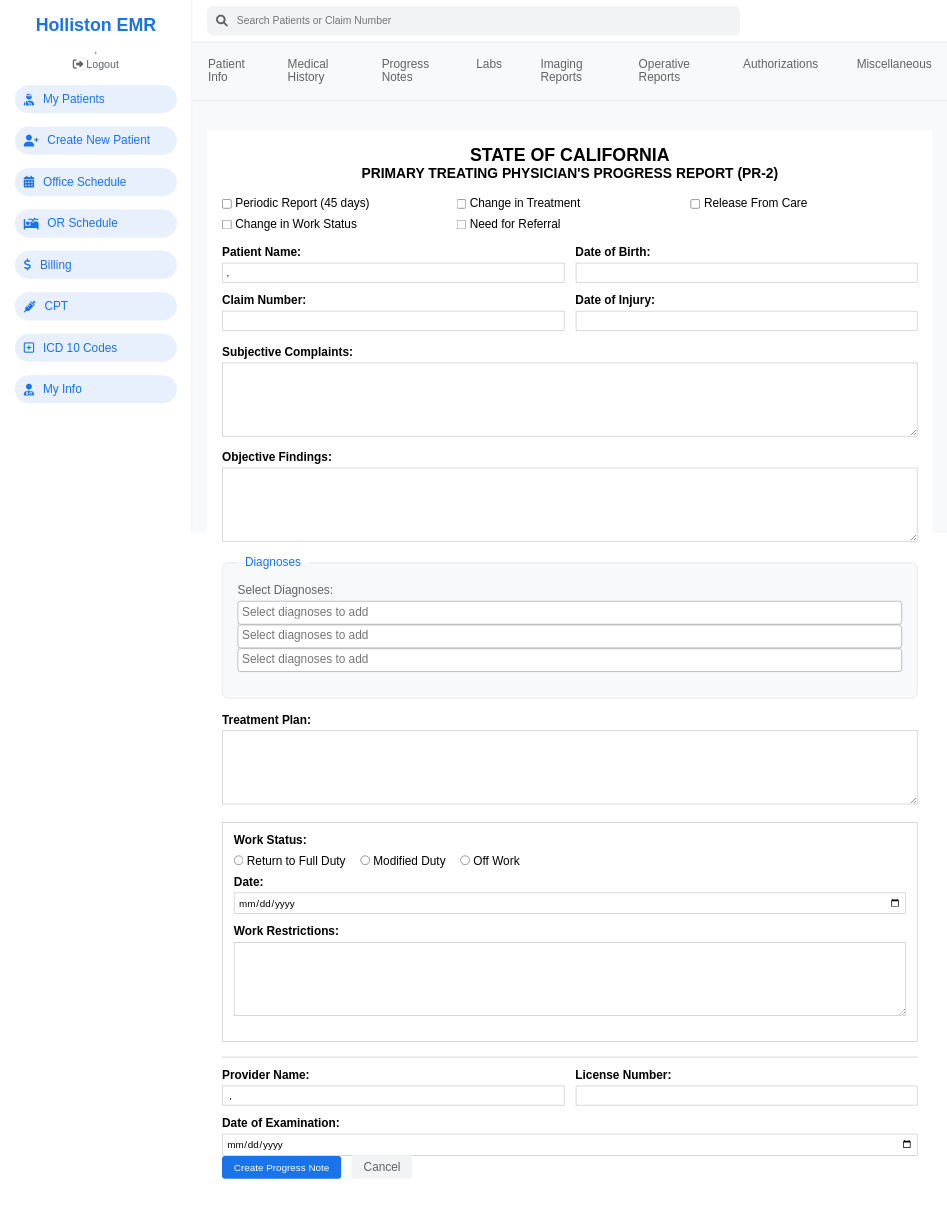
Repository: DavidG626/Flask-Project
Page: templates/create_progress_note.html
The author's editor kept a copy of each file at every save. The page is drawn from the files as they stood at one save, then again after the next save.
The browser window is 1280 px wide. The pictures show the whole page, at 74% of full size.
Some web libraries are served in a nearby version. The template is drawn by Flask 3. The application's start-up code is not run. Other server files are loaded and not shown. The template is opened directly, without the code that normally fills it, so the values that code supplies are empty.

Above is the page before, as saved 2025-02-10 13:00:38.

### templates/create_progress_note.html
<!DOCTYPE html>
<html lang="en">
<head>
   <meta charset="UTF-8">
   <meta name="viewport" content="width=device-width, initial-scale=1.0">
   <title>Create Progress Note</title>
   <link rel="stylesheet" type="text/css" href="/static/dashboard.css">
   <link rel="stylesheet" type="text/css" href="/static/patient_info.css">
   <link rel="stylesheet" type="text/css" href="/static/pr2.css">
   <link href="https://cdn.jsdelivr.net/npm/select2@4.1.0-rc.0/dist/css/select2.min.css" rel="stylesheet" />
   <script src="https://cdn.jsdelivr.net/npm/jquery@3.6.0/dist/jquery.min.js"></script>
   <script src="https://cdn.jsdelivr.net/npm/select2@4.1.0-rc.0/dist/js/select2.min.js"></script>
   <link href="https://cdnjs.cloudflare.com/ajax/libs/font-awesome/6.0.0/css/all.min.css" rel="stylesheet">
</head>
<body>
   <div class="container">
       <!-- Sidebar -->
       <aside class="sidebar">
           <div class="logo">Holliston EMR</div>
           <div class="logged-user">
               {{ current_user.first_name }} {{ current_user.last_name }}, {{ current_user.medical_title }}
               <a href="{{ url_for('dashboard.logout') }}" class="logout-link">
                   <i class="fas fa-sign-out-alt"></i> Logout
               </a>
           </div>
           <nav>
               <ul>
                   <li class="active">
                       <a href="{{ url_for('dashboard.my_patients') }}">
                           <i class="fas fa-user-injured"></i>My Patients
                       </a>
                   </li>
               </ul>
               <br>
               <ul>
                   <li class="active">
                       <a href="{{ url_for('dashboard.create_patient') }}">
                           <i class="fas fa-user-plus"></i>Create New Patient
                       </a>
                   </li>
               </ul>
               <br>
               <ul>
                   <li class="active"><a href=""><i class="fas fa-calendar-alt"></i>Office Schedule</a></li>
               </ul>
               <br>
               <ul>
                   <li class="active"><a href=""><i class="fas fa-procedures"></i>OR Schedule</a></li>
               </ul>
               <br>
               <ul>
                   <li class="active"><a href=""><i class="fas fa-dollar-sign"></i>Billing</a></li>
               </ul>
               <br>
               <ul>
                   <li class="active">
                       <a href="{{ url_for('cpt.cpt_codes') }}">
                           <i class="fas fa-syringe"></i>CPT
                       </a>
                   </li>
               </ul>
               <br>
               <ul>
                   <li class="active">
                       <a href="{{ url_for('icd10.icd10_codes') }}">
                           <i class="far fa-plus-square"></i>ICD 10 Codes
                       </a>
                   </li>
               </ul>
               <br>
               <ul>
                   <li class="active">
                       <a href="{{ url_for('dashboard.my_info') }}">
                           <i class="fas fa-user-md"></i>My Info
                       </a>
                   </li>
               </ul>
           </nav>
       </aside>

       <!-- Main Content -->
       <main>
           <header>
               <div class="search-bar">
                   <i class="fas fa-search"></i>
                   <form action="{{ url_for('dashboard.my_patients') }}" method="get">
                       <input type="text" name="search" placeholder="Search Patients or Claim Number">
                   </form>
               </div>
           </header>

           <!-- Patient Tabs -->
           <div class="patient-tabs">
                <a href="{{ url_for('dashboard.patient_detail', patient_id=patient.id) }}" class="tab">Patient Info</a>
                <a href="{{ url_for('dashboard.patient_medical_history', patient_id=patient.id) }}" class="tab">Medical History</a>
                <a href="{{ url_for('pr2.progress_notes', patient_id=patient.id) }}" class="tab active">Progress Notes</a>
                <a href="{{ url_for('labs.patient_labs', patient_id=patient.id) }}" class="tab">Labs</a>
                <a href="{{ url_for('imaging.patient_imaging', patient_id=patient.id) }}" class="tab">Imaging Reports</a>
                <a href="{{ url_for('operative.patient_operative_reports', patient_id=patient.id) }}" class="tab">Operative Reports</a>
                <a href="{{ url_for('auth.patient_authorizations', patient_id=patient.id) }}" class="tab">Authorizations</a>
                <a href="{{ url_for('misc.patient_misc', patient_id=patient.id) }}" class="tab">Miscellaneous</a>
            </div>

           <div class="content">
            <div class="pr2-form">
                <div class="pr2-header">
                    <h2>STATE OF CALIFORNIA</h2>
                    <h3>PRIMARY TREATING PHYSICIAN'S PROGRESS REPORT (PR-2)</h3>
                </div>

                <form method="POST">
                    <!-- Report Type Section -->
                    <div class="checkbox-grid">
                        <div class="checkbox-item">
                            <input type="checkbox" name="is_periodic_report" id="periodic">
                            <label for="periodic">Periodic Report (45 days)</label>
                        </div>
                        <div class="checkbox-item">
                            <input type="checkbox" name="is_change_in_treatment" id="treatment">
                            <label for="treatment">Change in Treatment</label>
                        </div>
                        <div class="checkbox-item">
                            <input type="checkbox" name="is_release_from_care" id="release">
                            <label for="release">Release From Care</label>
                        </div>
                        <div class="checkbox-item">
                            <input type="checkbox" name="is_change_in_work_status" id="work">
                            <label for="work">Change in Work Status</label>
                        </div>
                        <div class="checkbox-item">
                            <input type="checkbox" name="is_need_for_referral" id="referral">
                            <label for="referral">Need for Referral</label>
                        </div>
                    </div>

                    <!-- Patient Information Section -->
                    <div class="patient-info-grid">
                        <div class="form-field">
                            <label>Patient Name:</label>
                            <input type="text" value="{{ patient.patient_last_name }}, {{ patient.patient_first_name }}" readonly>
                        </div>
                        <div class="form-field">
                            <label>Date of Birth:</label>
                            <input type="text" value="{{ patient.patient_date_of_birth.strftime('%m/%d/%Y') }}" readonly>
                        </div>
                        <div class="form-field">
                            <label>Claim Number:</label>
                            <input type="text" value="{{ patient.patient_claim_number }}" readonly>
                        </div>
                        <div class="form-field">
                            <label>Date of Injury:</label>
                            <input type="text" value="{{ patient.patient_date_of_injury.strftime('%m/%d/%Y') }}" readonly>
                        </div>
                    </div>

                    <!-- Subjective Section -->
                    <div class="text-area-field">
                        <label>Subjective Complaints:</label>
                        <textarea name="subjective_complaints" required></textarea>
                    </div>

                    <!-- Objective Section -->
                    <div class="text-area-field">
                        <label>Objective Findings:</label>
                        <textarea name="objective_findings" required></textarea>
                    </div>



                    <!-- Diagnosis -->
                    <fieldset>
                        <legend>Diagnoses</legend>
                        <div class="form-group">
                            <label>Select Diagnoses:</label>
                            <select name="diagnoses" multiple class="form-select">
                                <option value="">Select a diagnosis</option>
                                {% for code in icd10_codes %}
                                    <option value="{{ code.id }}">{{ code.description }} ({{ code.code }})</option>
                                {% endfor %}
                            </select>

                            <select name="diagnoses" multiple class="form-select">
                                <option value="">Select a diagnosis</option>
                                {% for code in icd10_codes %}
                                    <option value="{{ code.id }}">{{ code.description }} ({{ code.code }})</option>
                                {% endfor %}
                            </select>

                            <select name="diagnoses" multiple class="form-select">
                                <option value="">Select a diagnosis</option>
                                {% for code in icd10_codes %}
                                    <option value="{{ code.id }}">{{ code.description }} ({{ code.code }})</option>
                                {% endfor %}
                            </select>
                        </div>
                    </fieldset>



                    <!-- Treatment Plan Section -->
                    <div class="text-area-field">
                        <label>Treatment Plan:</label>
                        <textarea name="treatment_plan" required></textarea>
                    </div>

                    <!-- Work Status Section -->
                    <div class="work-status-section">
                        <h4>Work Status:</h4>
                        <div class="work-status-options">
                            <div class="radio-item">
                                <input type="radio" name="work_status" value="full_duty" id="full_duty">
                                <label for="full_duty">Return to Full Duty</label>
                            </div>
                            <div class="radio-item">
                                <input type="radio" name="work_status" value="modified" id="modified">
                                <label for="modified">Modified Duty</label>
                            </div>
                            <div class="radio-item">
                                <input type="radio" name="work_status" value="off_work" id="off_work">
                                <label for="off_work">Off Work</label>
                            </div>
                        </div>
                        <div class="form-field">
                            <label>Date:</label>
                            <input type="date" name="work_status_date">
                        </div>
                        <div class="text-area-field" id="work-restrictions">
                            <label>Work Restrictions:</label>
                            <textarea name="work_restrictions"></textarea>
                        </div>
                    </div>

                    <!-- Provider Information Section -->
                    <div class="provider-section">
                        <div class="form-row">
                            <div class="form-field">
                                <label>Provider Name:</label>
                                <input type="text" value="{{ current_user.first_name }} {{ current_user.last_name }}, {{ current_user.medical_title }}" readonly>
                            </div>
                            <div class="form-field">
                                <label>License Number:</label>
                                <input type="text" value="{{ current_user.medical_license }}" readonly>
                            </div>
                        </div>
                        <div class="form-field">
                            <label>Date of Examination:</label>
                            <input type="date" name="date_of_exam" required>
                        </div>
                    </div>

                    <div class="form-buttons">
                        <button type="submit" class="save-btn">Create Progress Note</button>
                        <a href="{{ url_for('pr2.progress_notes', patient_id=patient.id) }}" class="cancel-btn">Cancel</a>
                    </div>
                </form>
            </div>
        </div>
        <script>
            $(document).ready(function() {
                $('.form-select').select2({
                    placeholder: 'Select diagnoses to add',
                    allowClear: true,
                    width: '100%'
                });
            });
            </script>

       </main>
       </body>

### static/patient_info.css
.registration-container {
    background: white;
    border-radius: 8px;
    padding: 20px;
    margin: 20px;
    box-shadow: 0 2px 4px rgba(0,0,0,0.1);
}

.registration-container h2 {
    color: #5f6368;
    margin-bottom: 20px;
    font-size: 1.5rem;
}

fieldset {
    border: 1px solid #e1e4e8;
    border-radius: 8px;
    padding: 20px;
    margin-bottom: 20px;
    background: #f8f9fa;
}

legend {
    color: #1a73e8;
    font-weight: 500;
    padding: 0 10px;
}

.form-group {
    margin-bottom: 15px;
}

.form-group label {
    display: block;
    margin-bottom: 5px;
    color: #5f6368;
    font-weight: 500;
}

.form-input {
    width: 100%;
    padding: 8px 12px;
    border: 1px solid #e1e4e8;
    border-radius: 4px;
    font-size: 14px;
    background: white;
}

/* Date fields styling */
.date-group {
    display: flex;
    gap: 10px;
}

.date-group .form-input {
    width: 33%;
    text-align: center;
}

/* Button styling */
.buttons {
    margin-top: 20px;
    display: flex;
    gap: 10px;
}

.save-btn {
    background: #1a73e8;
    color: white;
    padding: 8px 16px;
    border: none;
    border-radius: 4px;
    cursor: pointer;
    font-weight: 500;
    text-decoration: none;
}

.save-btn:hover {
    background: #1557b0;
}

.cancel-btn {
    background: #f1f3f4;
    color: #5f6368;
    padding: 8px 16px;
    border: none;
    border-radius: 4px;
    text-decoration: none;
    font-weight: 500;
}

.cancel-btn:hover {
    background: #e3e6e8;
}
/* Patient tabs styling */
.patient-tabs {
    display: flex;
    gap: 10px;
    padding: 10px 0;
    border-bottom: 1px solid #e1e4e8;
}

.patient-tabs .tab {
    padding: 10px 20px;
    background: #f8f9fa;
    color: #5f6368;
    text-decoration: none;
    border-radius: 4px 4px 0 0;
    cursor: pointer;
    border: 1px solid transparent;
}

.patient-tabs .tab:hover {
    color: #1a73e8;
}

.patient-tabs .tab:active,
.patient-tabs .tab:focus {
    background: white;
    border-color: #e1e4e8;
    color: #1a73e8;
    margin-bottom: -1px;
}

.pmh-tabs .tab-pane {
    display: none;
    padding: 20px;
    background: #ffffff;
}

/* Responsive adjustments */
@media (max-width: 1600px) {
    html {
        font-size: 16px;
    }
}

@media (max-width: 1200px) {
    html {
        font-size: 16px;
    }
}

@media (max-width: 992px) {
    html {
        font-size: 14px;
    }
}

@media (max-width: 768px) {
    html {
        font-size: 12px;
    }
}

@media (max-width: 600px) {
    html {
        font-size: 10px;
    }
}

### static/pr2.css
/* static/pr2.css */



.pr2-form {
    max-width: 1000px;
    margin: 20px auto;
    padding: 20px;
    background: white;
}

.pr2-header {
    text-align: center;
    margin-bottom: 20px;
}

.pr2-title {
    font-size: 18px;
    font-weight: bold;
    text-align: center;
    margin: 10px 0;
}

.checkbox-grid {
    display: grid;
    grid-template-columns: repeat(3, 1fr);
    gap: 10px;
    margin: 15px 0;
}

.checkbox-item {
    display: flex;
    align-items: center;
    gap: 5px;
}

.patient-info-grid {
    display: grid;
    grid-template-columns: repeat(2, 1fr);
    gap: 15px;
    margin: 20px 0;
}

.form-row {
    display: flex;
    gap: 15px;
    margin-bottom: 15px;
}

.form-field {
    flex: 1;
}

.form-field label {
    display: block;
    font-weight: bold;
    margin-bottom: 5px;
}

.form-field input {
    width: 100%;
    padding: 5px;
    border: 1px solid #ccc;
}

.text-area-field {
    margin: 15px 0;
}

.text-area-field label {
    display: block;
    font-weight: bold;
    margin-bottom: 5px;
}

.text-area-field textarea {
    width: 100%;
    min-height: 100px;
    padding: 10px;
    border: 1px solid #ccc;
}

.diagnoses-grid {
    display: grid;
    grid-template-columns: repeat(2, 1fr);
    gap: 15px;
    margin: 15px 0;
}

.diagnosis-row {
    display: flex;
    gap: 10px;
}

.work-status-section {
    margin: 20px 0;
    padding: 15px;
    border: 1px solid #ccc;
}

.work-status-options {
    display: flex;
    gap: 20px;
    margin: 10px 0;
}

.provider-section {
    margin-top: 20px;
    border-top: 1px solid #ccc;
    padding-top: 15px;
}

/* Print styles */
@media print {
    .pr2-form {
        margin: 0;
        padding: 0;
    }

    .sidebar, .patient-tabs, .buttons {
        display: none;
    }
}

/* Responsive adjustments */
@media (max-width: 1600px) {
    html {
        font-size: 16px;
    }
}

@media (max-width: 1200px) {
    html {
        font-size: 16px;
    }
}

@media (max-width: 992px) {
    html {
        font-size: 14px;
    }
}

@media (max-width: 768px) {
    html {
        font-size: 12px;
    }
}

@media (max-width: 600px) {
    html {
        font-size: 10px;
    }
}

Loaded but not shown: static/dashboard.css (408 lines, source omitted)

After the next save:
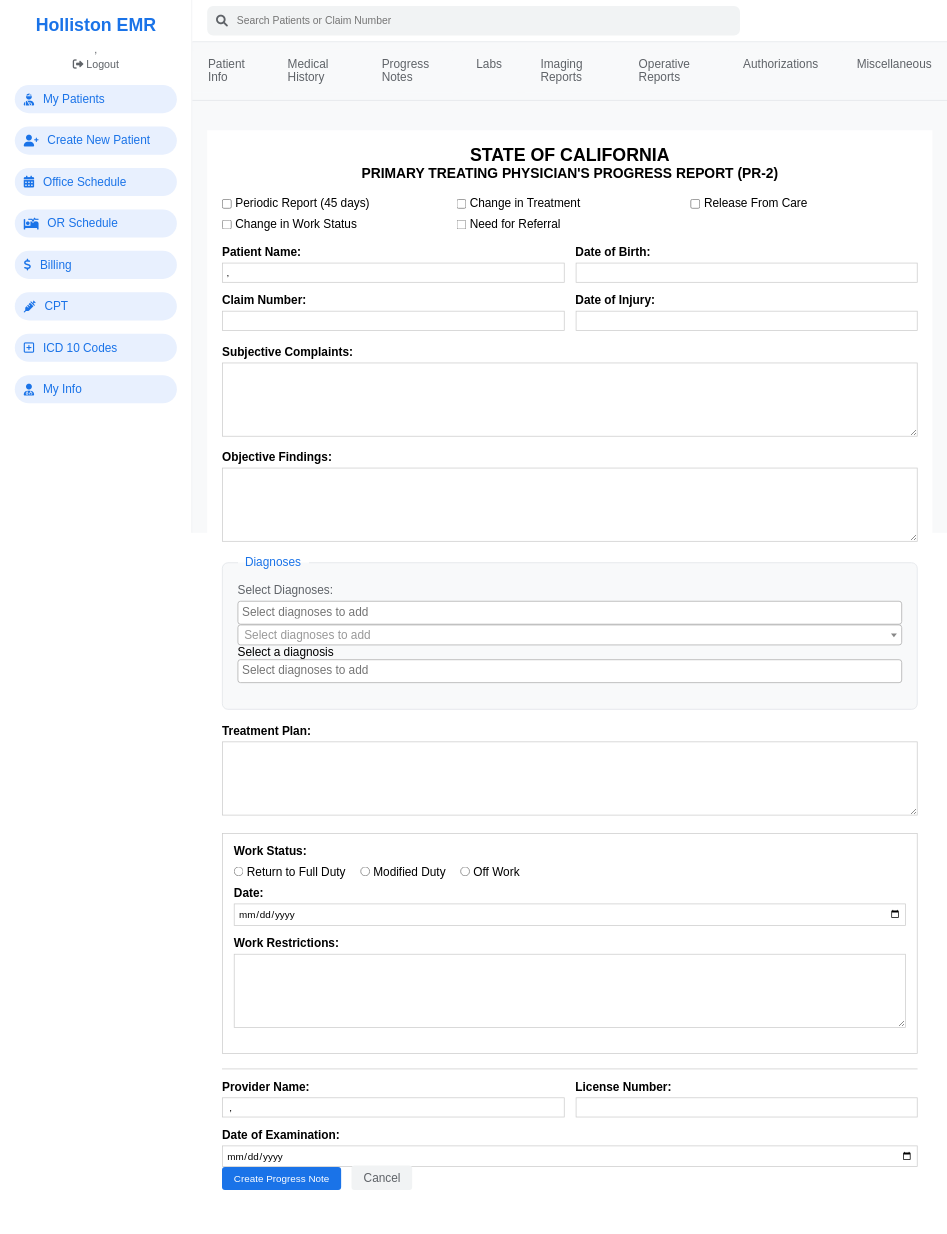
Saved 9 s later.
--- a/templates/create_progress_note.html
+++ b/templates/create_progress_note.html
@@ -177,7 +177,7 @@
                                 {% for code in icd10_codes %}
                                     <option value="{{ code.id }}">{{ code.description }} ({{ code.code }})</option>
                                 {% endfor %}
-                            </select>
+                            </select><br
 
                             <select name="diagnoses" multiple class="form-select">
                                 <option value="">Select a diagnosis</option>

After the save that followed:
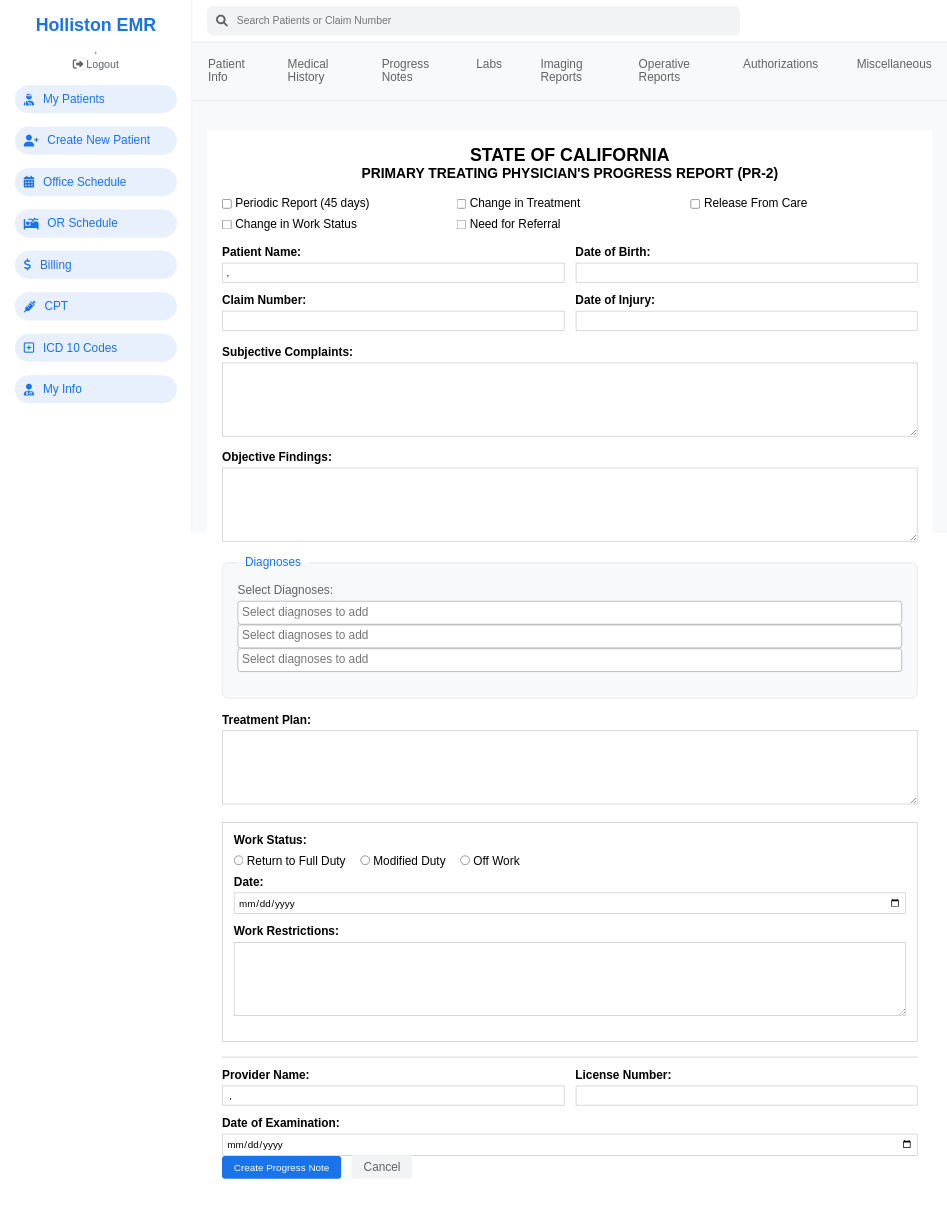
Saved 8 s later.
--- a/templates/create_progress_note.html
+++ b/templates/create_progress_note.html
@@ -177,7 +177,7 @@
                                 {% for code in icd10_codes %}
                                     <option value="{{ code.id }}">{{ code.description }} ({{ code.code }})</option>
                                 {% endfor %}
-                            </select><br
+                            </select><br>
 
                             <select name="diagnoses" multiple class="form-select">
                                 <option value="">Select a diagnosis</option>
